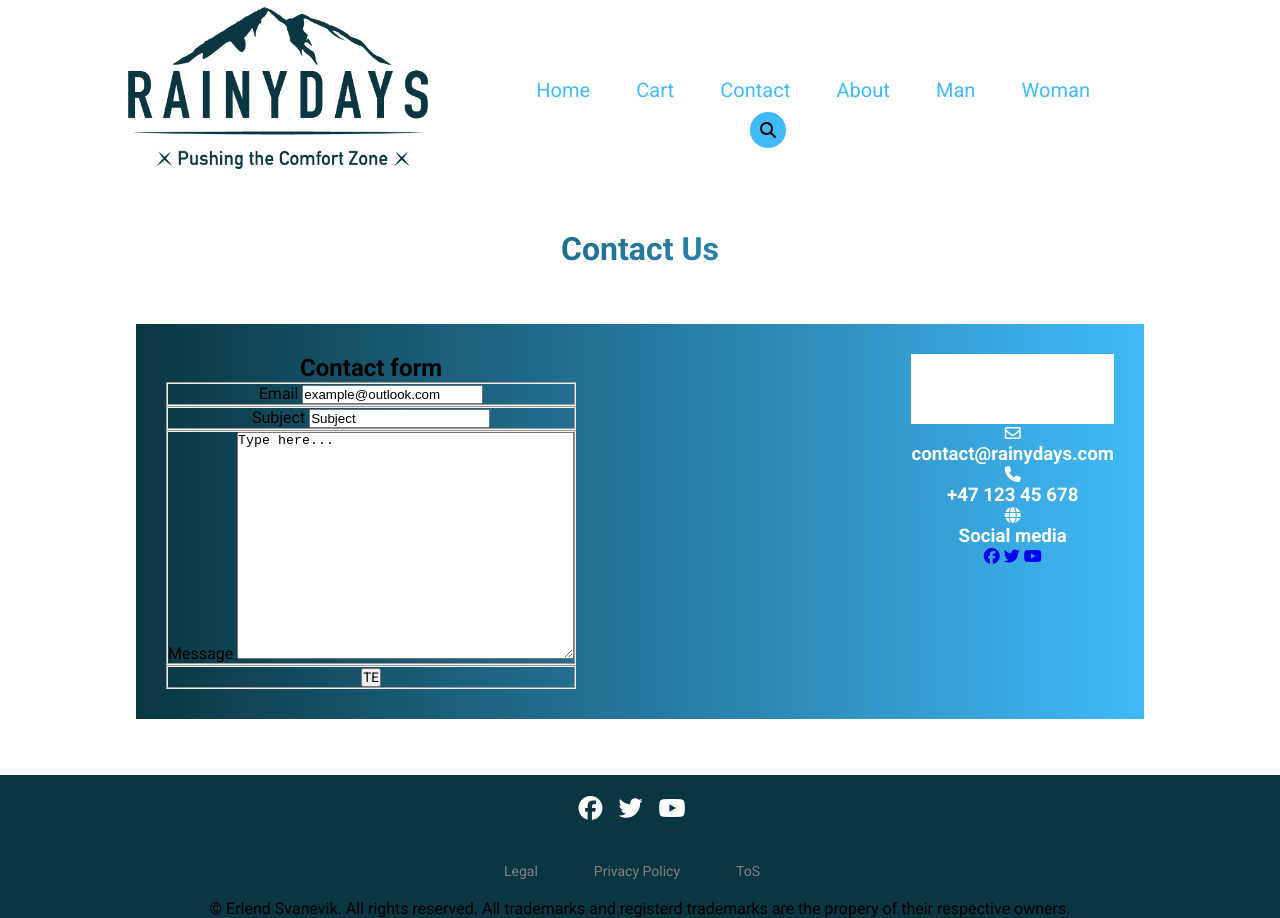
Repository: EpleWasTaken/RainyDays
Page: contact.html
These files come from the project's save history. The page is drawn as it stood at one moment and after the next save; the edit follows.
The browser window is 1280 px wide. The pictures show the whole page.
Some web libraries are served in a nearby version.

Above is the page before, as saved 2020-11-01 22:35:07.

After the next save:
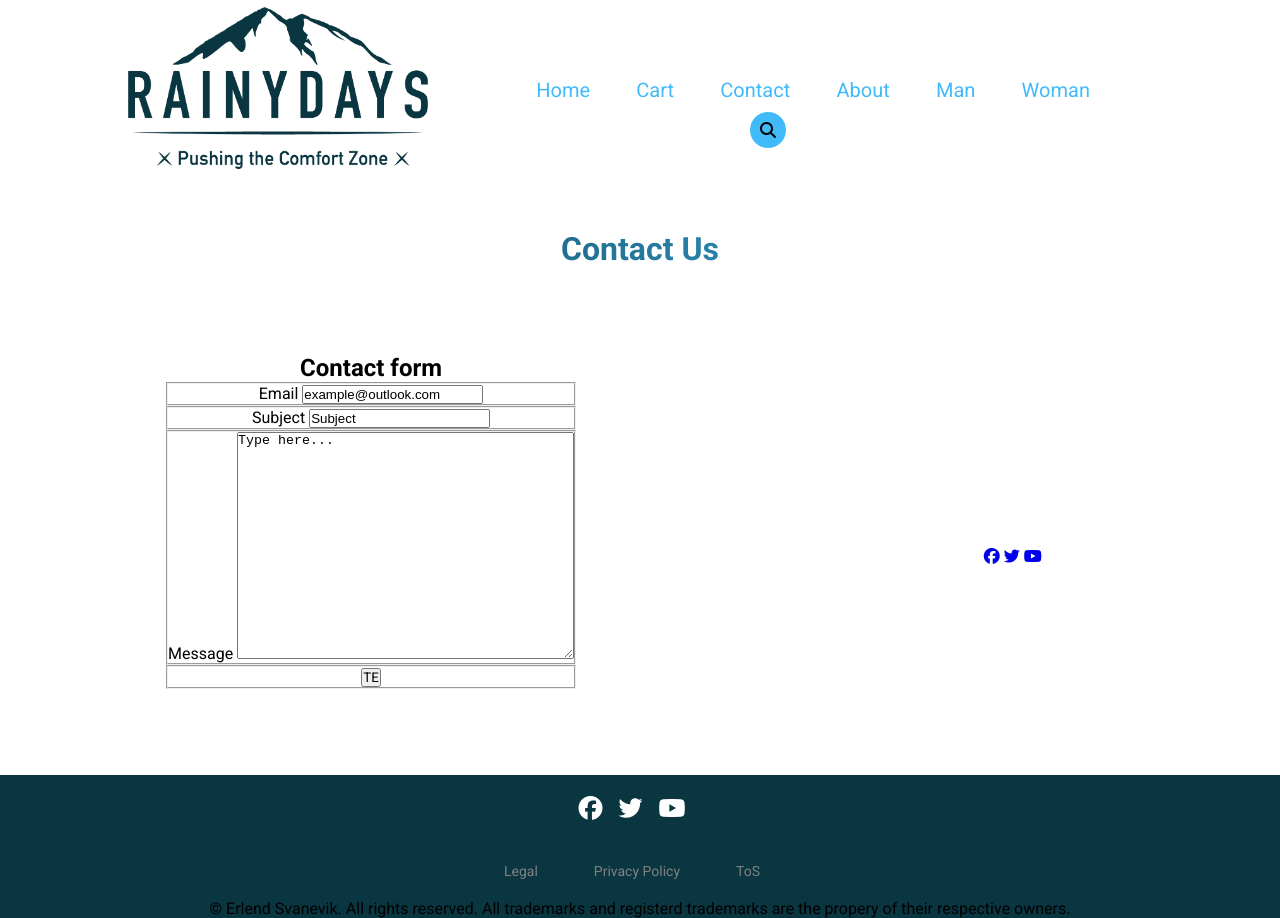
Saved 53 s later.
--- a/css/contact.css
+++ b/css/contact.css
@@ -30,7 +30,6 @@
 	grid-template-columns: 1fr;
 	gap: 4rem 2rem;
 	margin: 5%;
-	background: linear-gradient(to right, #0a3641, #40baf9);
 }
 
 section.contact-container {

After the save that followed:
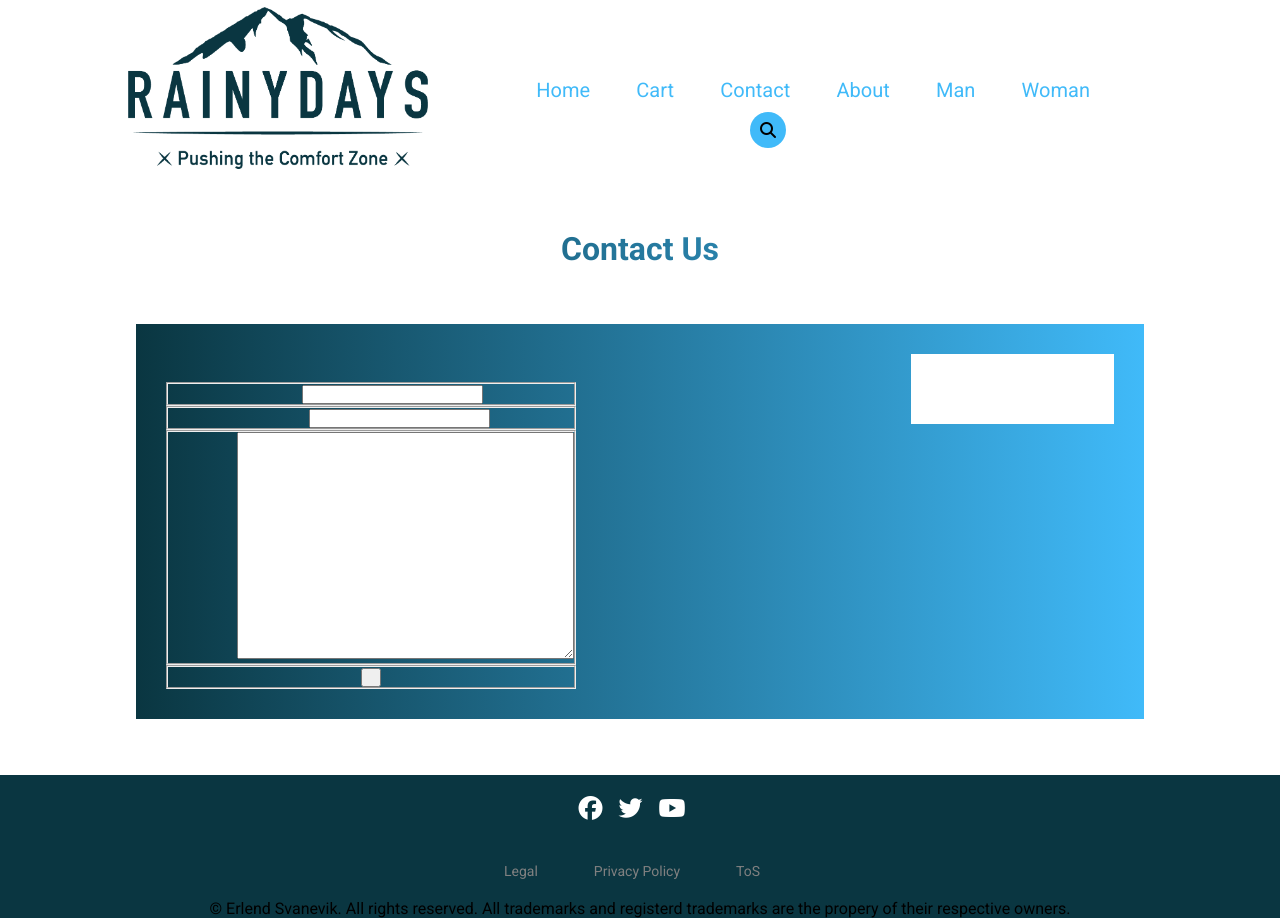
Saved 33 s later.
--- a/css/contact.css
+++ b/css/contact.css
@@ -30,6 +30,8 @@
 	grid-template-columns: 1fr;
 	gap: 4rem 2rem;
 	margin: 5%;
+	background: linear-gradient(to right, #0a3641, #40baf9);
+	-webkit-text-fill-color: transparent;
 }
 
 section.contact-container {
